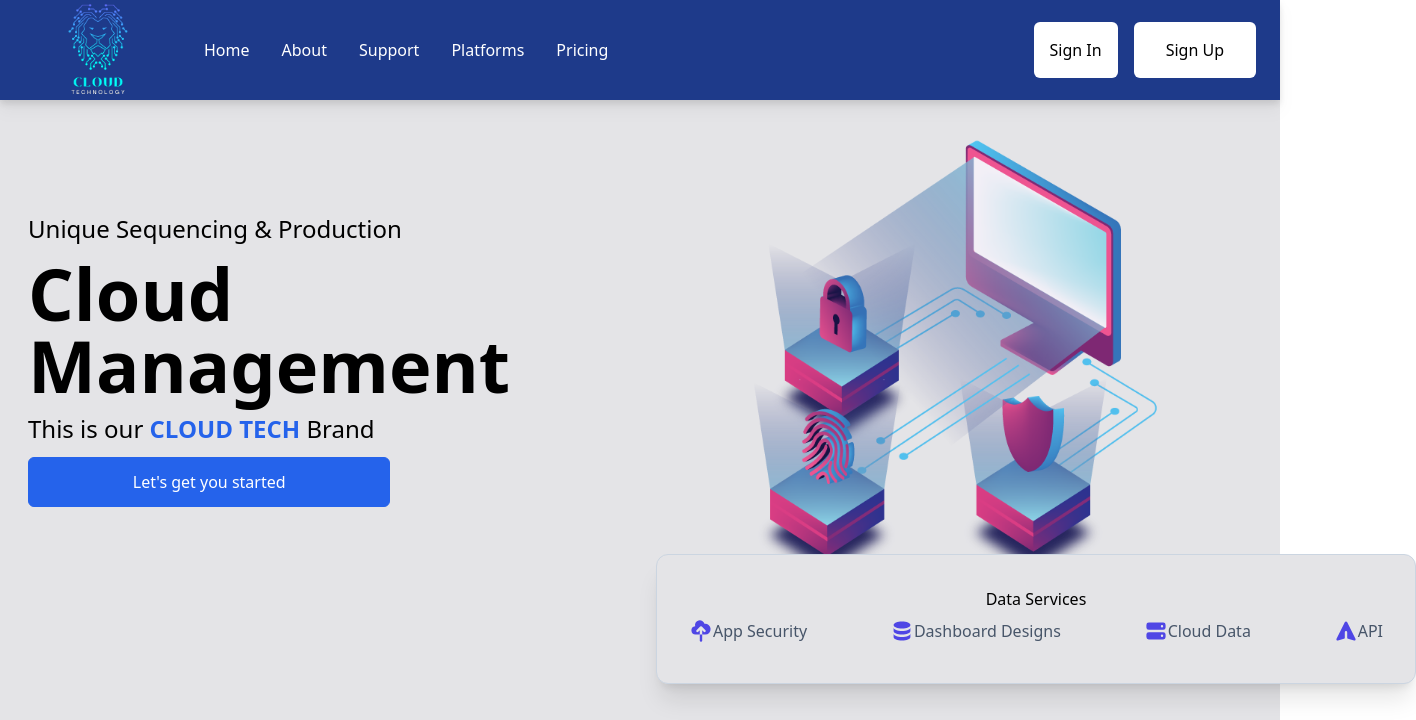
Repository: Esther-Kamau/cloud-management
Page: /
An editor plug-in stored every save of this project. The page is shown before and after a run of saves, followed by the edit.
The browser window is 1280 px wide. The page is 1416 px wide, so the pictures cover 1416 px, including what lies to the right of the window. The pictures show the whole page.
The project was rebuilt for these pictures with package versions that can differ from the ones it lists, and the page was loaded fresh each time. A package was used in the major version that the imports need, not the one package.json lists.

Above is the page before, as saved 2023-03-16 18:15:44.

### public/index.html
<!DOCTYPE html>
<html lang="en">
  <head>
    <meta charset="utf-8" />
    <link rel="icon" href="%PUBLIC_URL%/Logo.png" />
    <meta name="viewport" content="width=device-width, initial-scale=1" />
    <meta name="theme-color" content="#000000" />
    <meta
      name="description"
      content="Web site created using create-react-app"
    />
    <link rel="apple-touch-icon" href="%PUBLIC_URL%/Logo.png" />
    <!--
      manifest.json provides metadata used when your web app is installed on a
      user's mobile device or desktop. See https://developers.google.com/web/fundamentals/web-app-manifest/
    -->
    <link rel="manifest" href="%PUBLIC_URL%/manifest.json" />
    <!--
      Notice the use of %PUBLIC_URL% in the tags above.
      It will be replaced with the URL of the `public` folder during the build.
      Only files inside the `public` folder can be referenced from the HTML.

      Unlike "/favicon.ico" or "favicon.ico", "%PUBLIC_URL%/favicon.ico" will
      work correctly both with client-side routing and a non-root public URL.
      Learn how to configure a non-root public URL by running `npm run build`.
    -->
    <title>Cloud Technology</title>
  </head>
  <body>
    <noscript>You need to enable JavaScript to run this app.</noscript>
    <div id="root"></div>
    <!--
      This HTML file is a template.
      If you open it directly in the browser, you will see an empty page.

      You can add webfonts, meta tags, or analytics to this file.
      The build step will place the bundled scripts into the <body> tag.

      To begin the development, run `npm start` or `yarn start`.
      To create a production bundle, use `npm run build` or `yarn build`.
    -->
  </body>
</html>

### src/index.css
@tailwind base;
@tailwind components;
@tailwind utilities;

@layer base{
    li{
      @apply p-4 text-white hover:text-slate-300
    }
    button {
        @apply p-4 text-white border bg-blue-600 border-blue-600
        hover:bg-transparent hover:text-black rounded-md
      }
}

### src/App.jsx
import Navbar from "./components/Navbar"
import Hero from "./components/Hero"

function App() {
  return (

    <>
  <Navbar/>
  <Hero/>
    </>
  );
}

export default App;

### src/components/Navbar.jsx
import React,{useState} from "react";
import { MenuIcon, XIcon } from "@heroicons/react/outline";
import Logo from "../assets/Logo.png";

const Navbar = () => {
    const [nav,setNav] = useState(false)
    const handleClick =() => setNav(!nav)


  return (
    <div className="w-screen h-[100px] z-10 bg-blue-900 fixed drop-shadow-lg">
      <div className="px-2 flex justify-between items-center w-full h-full">
        <div className="flex items-center">
          <img className="h-[180px] w-[180px]" src={Logo} alt="Logoimg" />
          <ul className="hidden md:flex">
            <li>Home</li>
            <li>About</li>
            <li>Support</li>
            <li>Platforms</li>
            <li>Pricing</li>
          </ul>
        </div>
        <div className="hidden md:flex pr-4">
          <button className="border-none bg-white text-black mr-4 hover:text-white hover:bg-blue-300">
            Sign In
          </button>
          <button className="border-none bg-white text-black px-8 py-3 hover:text-white hover:bg-blue-300">
            Sign Up
          </button>
        </div>
        {/* toggle state */}
        <div className="md:hidden" onClick={handleClick}>
            {/* if the opposite of nav is true display this else xicon */}
{!nav ? <MenuIcon className="w-8 stroke-white" /> : <XIcon className="w-8 stroke-white" />}

        </div>
      </div>
      {/* if nav is not true hide the menu if tru display the menu */}
      <ul className={!nav ? 'hidden': "absolute bg-blue-900 w-full px-8"}>
        <li className="border-b-2 border-blue-200 w-full">Home</li>
        <li className="border-b-2 border-blue-200 w-full">About</li>
        <li className="border-b-2 border-blue-200 w-full">Support</li>
        <li className="border-b-2 border-blue-200 w-full">Platforms</li>
        <li className="border-b-2 border-blue-200 w-full">Pricing</li>
      <div className="flex flex-col my-4">
        <button className="bg-transparent text-white px-8 py-3 mb-4 hover:bg-slate-200 hover:text-black">Sign In</button>
        <button className="px-8 py-3" >Sign Up</button>
      </div>
      </ul>
    </div>
  );
};

export default Navbar;

### src/components/Hero.jsx
import React from "react";
import {
  CloudUploadIcon,
  DatabaseIcon,
  PaperAirplaneIcon,
  ServerIcon,
} from "@heroicons/react/solid";

import bgImg from "../assets/cyber-bg.png";

const Hero = () => {
  return (
    <div className="w-full h-screen bg-zinc-200 flex flex-col justify-between">
      <div className="grid md:grid-cols-2 max-w-[1240px] m-auto">
        <div className="flex flex-col justify-center md:items-start w-full px-2 py-3">
          <p className="text-2xl">Unique Sequencing & Production</p>
          <h1 className="py-3 text-5xl font-bold md:text-7xl">
            Cloud Management
          </h1>
          <p className="text-2xl mb-3">
            This is our{" "}
            <span className="text-blue-600 font-bold">CLOUD TECH</span> Brand
          </p>
          <button className="py-3 px-6 sm:w-[60%]">
            Let's get you started
          </button>
        </div>
        <div className="flex flex-col justify-center items-center w-full">
          <img src={bgImg} alt="bg" className="w-full h-full" />
        </div>
        {/* check on this later: absolute position */}
        <div
          className="absolute flex flex-col py-8 md:min-w-[760px] bottom-[5%] mx-4 md:left-1/2 bg-zinc-200
                 border border-slate-300 rounded-xl text-center shadow-xl"
        >
          <p>Data Services</p>
          <div className="flex flex-wrap justify-between px-4">
            <p className="flex px-4 py-2 text-slate-600"><CloudUploadIcon  className="h-6 text-indigo-600" /> App Security</p>
            <p className="flex px-4 py-2 text-slate-600"><DatabaseIcon className="h-6 text-indigo-600" /> Dashboard Designs</p>
            <p className="flex px-4 py-2 text-slate-600"><ServerIcon className="h-6 text-indigo-600"/> Cloud Data</p>
            <p className="flex px-4 py-2 text-slate-600"><PaperAirplaneIcon className="h-6 text-indigo-600"/> API</p>
          </div>
        </div>
      </div>
    </div>
  );
};

export default Hero;

Loaded but not shown: src/index.js (common file); tailwind.config.js (common file)

After the next 3 saves:
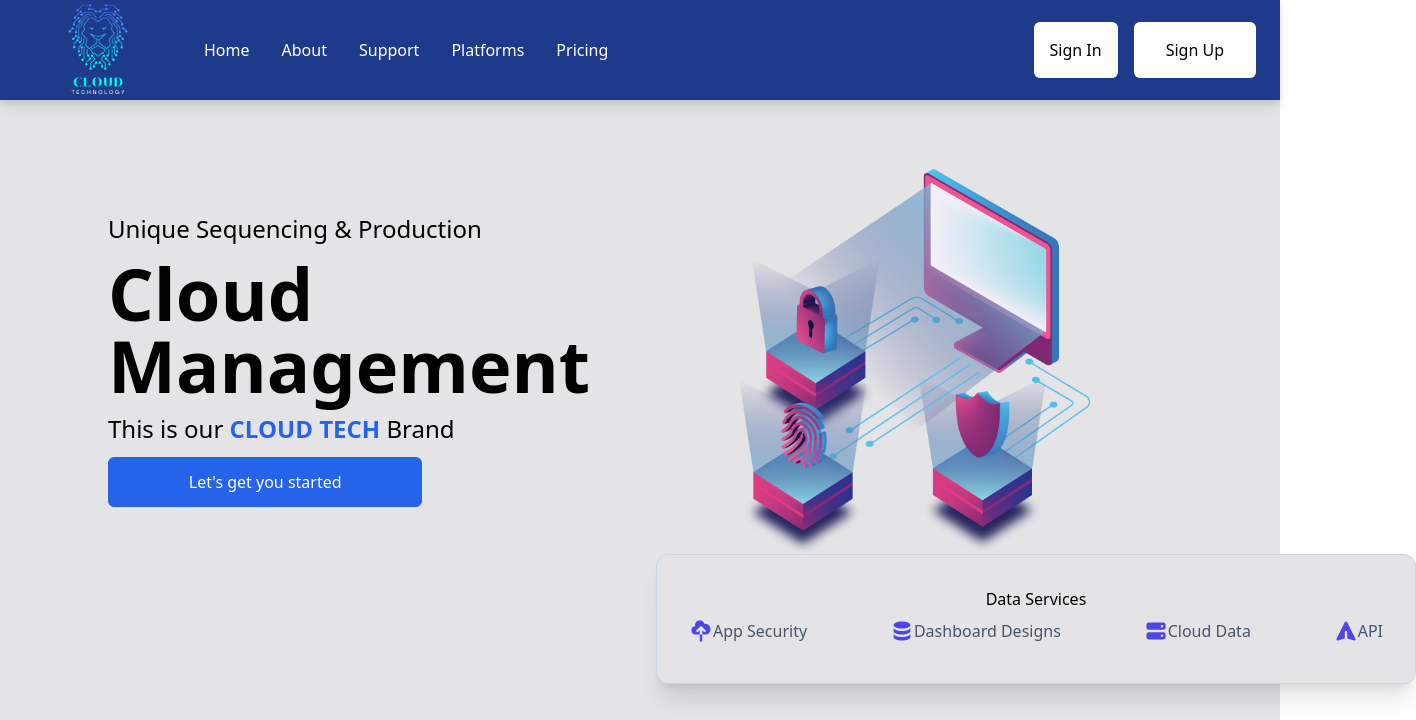
The 3 saves are shown as one change because they came seconds apart.
The last was saved 55 s later.
--- a/src/components/Hero.jsx
+++ b/src/components/Hero.jsx
@@ -11,7 +11,7 @@ import bgImg from "../assets/cyber-bg.png";
 const Hero = () => {
   return (
     <div className="w-full h-screen bg-zinc-200 flex flex-col justify-between">
-      <div className="grid md:grid-cols-2 max-w-[1240px] m-auto">
+      <div className="grid md:grid-cols-2 max-w-[1080px] m-auto">
         <div className="flex flex-col justify-center md:items-start w-full px-2 py-3">
           <p className="text-2xl">Unique Sequencing & Production</p>
           <h1 className="py-3 text-5xl font-bold md:text-7xl">
